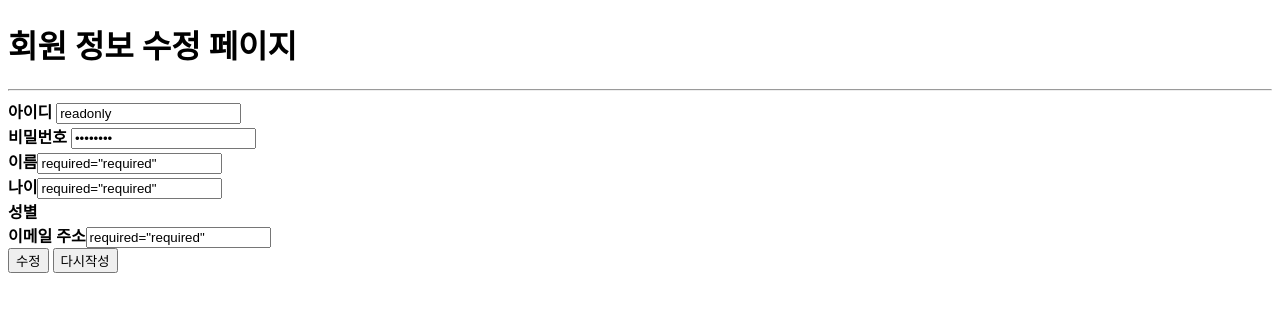
Repository: rumor1993/KH1
Page: http://localhost/Board/member/update.jsp
An editor plug-in stored every save of this project. The page is shown before and after the next save, followed by the edit.
The browser window is 1280 px wide. The pictures show the whole page.
The page is served by Tomcat 9.

Above is the page before, as saved 2018-05-08 07:09:03.

After the next save:
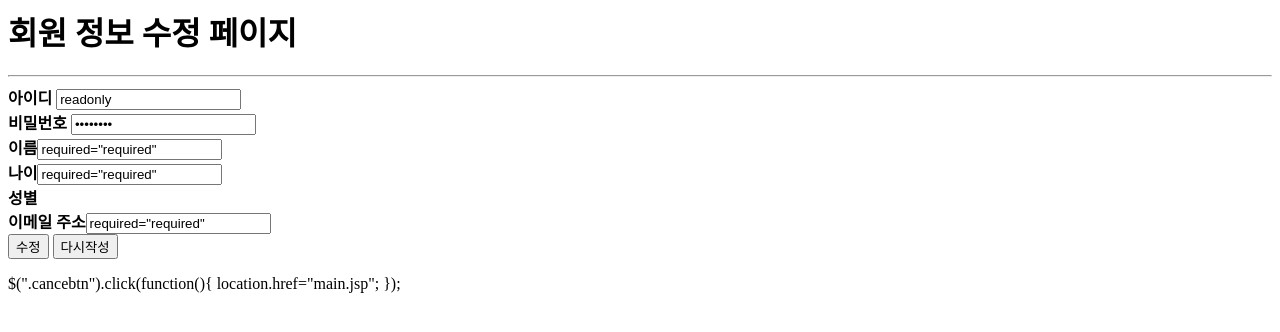
Saved 4 min 31 s later.
--- a/Board/WebContent/member/update.jsp
+++ b/Board/WebContent/member/update.jsp
@@ -4,6 +4,8 @@
 <%@ page import = "java.sql.*" %>
 <%@ page import = "javax.sql.*" %>
 <%@ page import = "javax.naming.*" %>
+
+	<script src = "http://code.jquery.com/jquery-3.3.1.js"></script>
 <%@ taglib prefix="c"
 	uri="http://java.sun.com/jsp/jstl/core" %>
 <!DOCTYPE html>
@@ -60,5 +62,9 @@
       	<button type = reset class = canclebtn>다시작성</button>
       </div>
       </form>
+
+      	$(".cancebtn").click(function(){
+            		location.href="main.jsp";
+            	});
 </body>
 </html>
